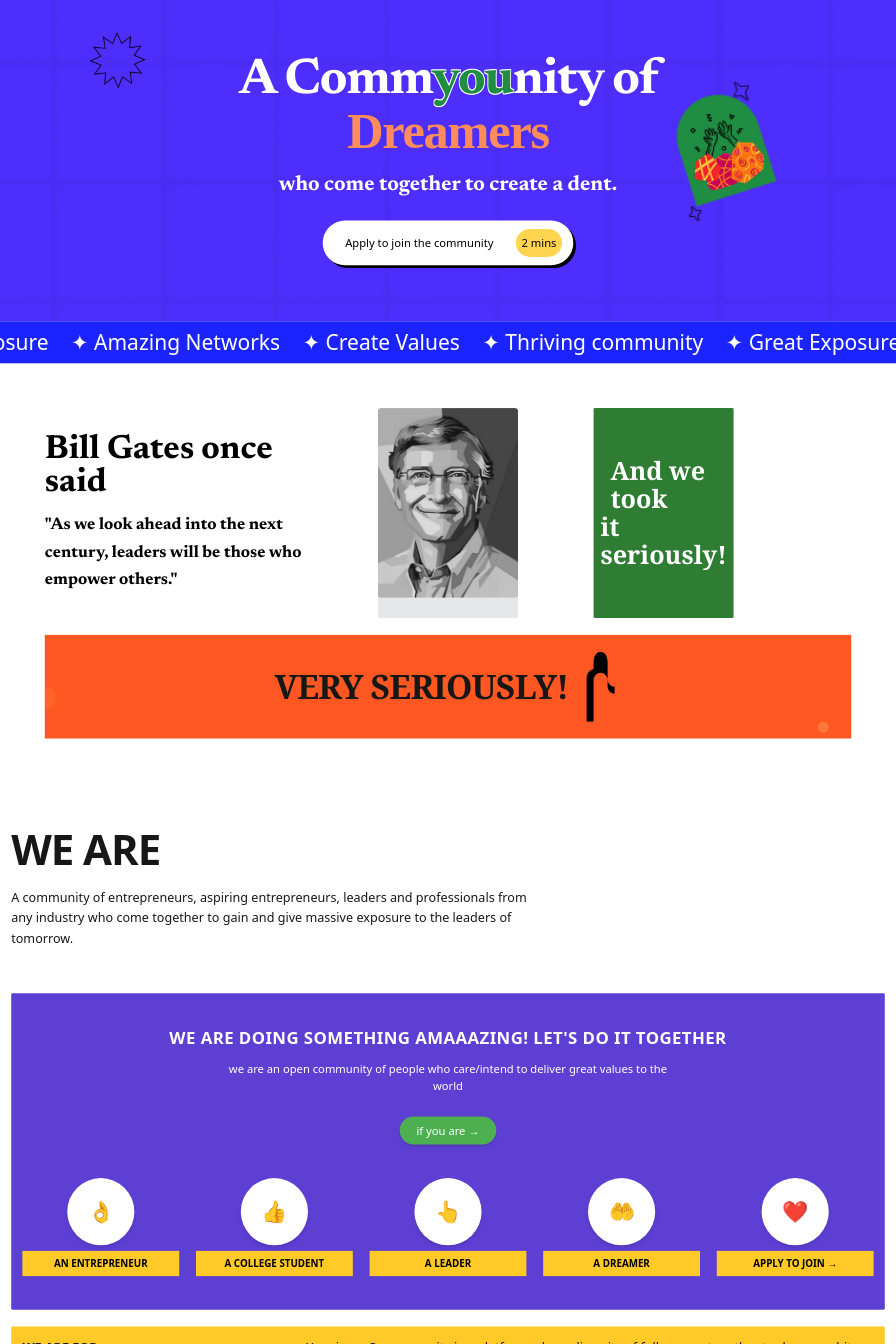
Repository: as-avni/dreamersite
Page: /
The author's editor kept a copy of each file at every save. The page is drawn from the files as they stood at one save, then again after a run of saves.
The browser window is 1280 px wide. The pictures show the part of the page from y = 0 to 1920 px (the page is 2592 px tall), at 70% of full size.
Some web fonts or font styles are not loaded; a fallback is used. The project was rebuilt for these pictures with package versions that can differ from the ones it lists, and the page was loaded fresh each time. Some packages were replaced by stand-ins written for this rebuild. The framework's server and built-in components were replaced by stand-ins that run in the browser. Also part of the build but not shown: next.config.ts.

Above is the page before, as saved 2025-03-21 04:35:41.

### src/app/page.tsx
import Hero from "@/components/hero"
import MovingBanner from "@/components/banner"
import BillGatesSection from "@/components/bill-gates"
import AmazingSection from "@/components/amazing"
import QuickFormSection from "@/components/form"

export default function Home() {
  return (
    <main className="min-h-screen bg-white font-sans antialiased">
      <Hero />
      <MovingBanner />
      <BillGatesSection />
      <AmazingSection />
      <QuickFormSection />
    </main>
  )
}

### src/app/globals.css
@import url('https://fonts.googleapis.com/css2?family=Anek+Devanagari:wght@100..800&family=Khand:wght@300;400;500;600;700&family=Newsreader:ital,opsz,wght@0,6..72,200..800;1,6..72,200..800&family=Noto+Sans:ital,wght@0,100..900;1,100..900&family=Poppins:ital,wght@0,100;0,200;0,300;0,400;0,500;0,600;0,700;0,800;0,900;1,100;1,200;1,300;1,400;1,500;1,600;1,700;1,800;1,900&family=Rampart+One&display=swap');

@tailwind base;
@tailwind components;
@tailwind utilities;

:root {
  --background: #ffffff;
  --foreground: #171717;
}

@media (prefers-color-scheme: dark) {
  :root {
    --background: #0a0a0a;
    --foreground: #ededed;
  }
}

html,
body {
  max-width: 100vw;
  overflow-x: hidden;
}

body {
  color: var(--foreground);
  background: var(--background);
  font-family: Arial, Helvetica, sans-serif;
  -webkit-font-smoothing: antialiased;
  -moz-osx-font-smoothing: grayscale;
}

* {
  box-sizing: border-box;
  padding: 0;
  margin: 0;
}

a {
  color: inherit;
  text-decoration: none;
}

@media (prefers-color-scheme: dark) {
  html {
    color-scheme: dark;
  }
}

### src/components/hero.tsx
"use client"

import { motion } from "framer-motion"

export default function Hero() {
  return (
    <section className="relative flex flex-col items-center justify-center py-20 px-4 text-white text-center overflow-hidden bg-[url('/images/grid-bg.png')] bg-stretch">

      {/* Rotating Star Image */}
      <motion.img
        src="/images/Star.png"
        alt="Star"
        className="absolute w-20 h-20"
        style={{ top: "10%", left: "10%" }}
        // animate={{ rotate: 360 }}
        // transition={{ repeat: Infinity, duration: 10, ease: "linear" }}
      />

      {/* Static Image in a Div */}
      <div
        className="absolute w-60 h-60 bg-cover bg-center"
        style={{ top: "20%", right: "10%", backgroundImage: "url('/images/image.png')" }}
      ></div>

      <div className="relative max-w-3xl mx-auto w-full">
        <motion.h1
          className="text-5xl md:text-6xl lg:text-7xl font-newsreader font-bold mb-4 tracking-tight"
          initial={{ opacity: 0, y: 20 }}
          animate={{ opacity: 1, y: 0 }}
          transition={{ duration: 0.8 }}
        >
          A Comm<span className="text-[#1F8D42] [text-shadow:-1px_-1px_0_white,1px_-1px_0_white,-1px_1px_0_white,1px_1px_0_white]">you</span>nity of <br />
          <span className="font-rampartone text-[#FF8C5A]">Dreamers</span>
        </motion.h1>

        <motion.p
          className="text-3xl mb-8 font-bold font-newsreader"
          initial={{ opacity: 0, y: 20 }}
          animate={{ opacity: 1, y: 0 }}
          transition={{ duration: 0.8, delay: 0.2 }}
        >
          who come together to create a dent.
        </motion.p>

        <motion.div
          className="inline-flex items-center bg-white rounded-full px-2 py-1 text-black font-medium transition-all hover:bg-gray-50 shadow-[4px_4px_0px_black]"
          initial={{ opacity: 0, y: 20 }}
          animate={{ opacity: 1, y: 0 }}
          transition={{ duration: 0.8, delay: 0.4 }}
          whileHover={{ scale: 1.03 }}
        >
          <button className="bg-white text-black rounded-full px-6 py-4 font-medium transition-all hover:bg-gray-50">
            Apply to join the community
          </button>
          <span className="text-black bg-[#FFD54F] p-2 rounded-full font-medium ml-2 mr-2">2 mins</span>
        </motion.div>
      </div>
    </section>
  )
}

### src/components/banner.tsx
"use client"

import { useRef } from "react"

export default function MovingBanner() {
  const bannerItems = [
    "✦ Thriving community",
    "✦ Great Exposure",
    "✦ Amazing Networks",
    "✦ Create Values",
  ]

  return (
    <div className="bg-[#1B24FF] text-white py-3 overflow-hidden relative">
      <div className="flex whitespace-nowrap mx-auto w-max animate-scrollBanner">
        {/* Duplicate the items to ensure seamless looping */}
        {[...bannerItems,...bannerItems,...bannerItems].map((item, index) => (
          <span key={index} className="mx-4 text-3xl font-medium">
            {item}
          </span>
        ))}
      </div>

      {/* CSS Animation */}
      <style jsx>{`
        @keyframes scrollBanner {
          from {
            transform: translateX(0);
          }
          to {
            transform: translateX(-50%);
          }
        }

        .animate-scrollBanner {
          animation: scrollBanner 20s linear infinite;
        }
      `}</style>
    </div>
  )
}

### src/components/bill-gates.tsx
"use client"

import Image from "next/image"
import { motion } from "framer-motion"

export default function BillGatesSection() {
return (
    <section className=" py-16 px-4 md:px-0 lg:px-0 max-w-6xl mx-auto w-full">
        <div className="grid grid-cols-1 md:grid-cols-3 gap-6 items-center">
            {/* Quote Text Section */}
            <motion.div
                className="col-span-1 flex flex-col justify-center"
                initial={{ opacity: 0, x: -20 }}
                whileInView={{ opacity: 1, x: 0 }}
                transition={{ duration: 0.6 }}
                viewport={{ once: true }}
            >
                <h2 className="px-0 text-5xl font-bold mb-4 text-black font-newsreader">Bill Gates once said</h2>
                <p className="text-2xl leading-relaxed font-bold text-black font-newsreader">
                &quot;As we look ahead into the next century, leaders will be those who empower others.&quot;
                </p>
            </motion.div>

            {/* Bill Gates Image */}
            <motion.div
                className="col-span-1 flex justify-center items-center"
                initial={{ opacity: 0, y: 20 }}
                whileInView={{ opacity: 1, y: 0 }}
                transition={{ duration: 0.6, delay: 0.2 }}
                viewport={{ once: true }}
            >
                <div className="relative w-[200px] h-[300px] bg-gray-200 rounded overflow-hidden">
                    <Image
                        src="/images/bill.jpg"
                        width={200}
                        height={200}
                        alt="Bill Gates"
                        className="rounded object-cover"
                    />
                </div>
            </motion.div>

            {/* Green Box Section */}
            <motion.div
                className=" w-[200px] h-[300px] col-span-1 bg-[#2E7D32] flex flex-col justify-center items-center p-6 text-white rounded-sm"
                initial={{ opacity: 0, x: 20 }}
                whileInView={{ opacity: 1, x: 0 }}
                transition={{ duration: 0.6, delay: 0.4 }}
                viewport={{ once: true }}
            >
                <p className="text-4xl font-serif font-bold">And we took</p>
                <p className="text-4xl font-bold font-serif">it seriously!</p>
            </motion.div>
        </div>

        {/* Orange Section */}
        <motion.div
            className="mt-6 bg-[#FF5722] py-6 px-4 flex items-center justify-center relative overflow-hidden"
            initial={{ opacity: 0, y: 20 }}
            whileInView={{ opacity: 1, y: 0 }}
            transition={{ duration: 0.6, delay: 0.6 }}
            viewport={{ once: true }}
        >
            <h2 className="text-4xl md:text-5xl font-black text-center tracking-tight font-serif">VERY SERIOUSLY!</h2>
            <div className="ml-4">
                <svg width="60" height="100" viewBox="0 0 60 100" fill="none" xmlns="http://www.w3.org/2000/svg">
                    <path
                        d="M30 0C35 0 40 5 40 15V40C40 45 45 50 50 50V60C45 60 40 55 40 50V40C40 35 35 30 30 30C25 30 20 35 20 40V100H10V40C10 30 15 25 20 25V15C20 5 25 0 30 0Z"
                        fill="black"
                    />
                </svg>
            </div>

            {/* Decorative elements */}
            <div className="absolute -left-4 top-1/2 w-8 h-8 bg-orange-400 rounded-full opacity-20"></div>
            <div className="absolute right-8 bottom-2 w-4 h-4 bg-orange-300 rounded-full opacity-30"></div>
        </motion.div>
    </section>
)
}

### src/components/amazing.tsx
"use client"

import { motion } from "framer-motion"

export default function AmazingSection() {
  const containerVariants = {
    hidden: { opacity: 0 },
    visible: {
      opacity: 1,
      transition: {
        staggerChildren: 0.1,
      },
    },
  }

  const itemVariants = {
    hidden: { opacity: 0, y: 20 },
    visible: { opacity: 1, y: 0 },
  }

  return (
    <section className="py-16">
      <div className="container mx-auto px-4">
        <motion.div
          className="mb-16"
          initial={{ opacity: 0, y: 20 }}
          whileInView={{ opacity: 1, y: 0 }}
          transition={{ duration: 0.6 }}
          viewport={{ once: true }}
        >
          <h2 className="text-6xl font-bold mb-6 tracking-tight">WE ARE</h2>
          <p className="text-lg max-w-3xl leading-relaxed">
            A community of entrepreneurs, aspiring entrepreneurs, leaders and professionals from any industry who come
            together to gain and give massive exposure to the leaders of tomorrow.
          </p>
        </motion.div>

        <div className="bg-[#5D3FD3] text-white py-12 px-4 text-center rounded-sm">
          <motion.h2
            className="text-2xl font-bold mb-4 uppercase tracking-wide"
            initial={{ opacity: 0, y: 20 }}
            whileInView={{ opacity: 1, y: 0 }}
            transition={{ duration: 0.6 }}
            viewport={{ once: true }}
          >
            We are doing something amaaazing! Let's do it together
          </motion.h2>

          <motion.p
            className="mb-8 max-w-2xl mx-auto"
            initial={{ opacity: 0, y: 20 }}
            whileInView={{ opacity: 1, y: 0 }}
            transition={{ duration: 0.6, delay: 0.2 }}
            viewport={{ once: true }}
          >
            we are an open community of people who care/intend to deliver great values to the world
          </motion.p>

          <motion.button
            className="bg-[#4CAF50] text-white px-6 py-2 rounded-full mb-12 shadow-md hover:bg-[#3d9c40] transition-all"
            initial={{ opacity: 0, y: 20 }}
            whileInView={{ opacity: 1, y: 0 }}
            transition={{ duration: 0.6, delay: 0.4 }}
            viewport={{ once: true }}
            whileHover={{ scale: 1.05 }}
            whileTap={{ scale: 0.95 }}
          >
            if you are →
          </motion.button>

          <motion.div
            className="grid grid-cols-1 md:grid-cols-5 gap-6"
            variants={containerVariants}
            initial="hidden"
            whileInView="visible"
            viewport={{ once: true }}
          >
            <CategoryCard icon="👌" title="AN ENTREPRENEUR" />
            <CategoryCard icon="👍" title="A COLLEGE STUDENT" />
            <CategoryCard icon="👆" title="A LEADER" />
            <CategoryCard icon="🤲" title="A DREAMER" />

            <motion.div className="flex flex-col items-center" variants={itemVariants}>
              <div className="w-24 h-24 rounded-full bg-white mb-2 flex items-center justify-center shadow-md">
                <span className="text-3xl">❤️</span>
              </div>
              <div className="bg-[#FFCA28] py-2 px-4 text-center w-full text-black font-medium hover:bg-[#FFB300] transition-colors cursor-pointer">
                <p className="font-bold text-sm">APPLY TO JOIN →</p>
              </div>
            </motion.div>
          </motion.div>
        </div>

        <motion.div
          className="mt-6 bg-[#FFCA28] p-4 rounded-sm"
          initial={{ opacity: 0, y: 20 }}
          whileInView={{ opacity: 1, y: 0 }}
          transition={{ duration: 0.6, delay: 0.8 }}
          viewport={{ once: true }}
        >
          <div className="flex flex-col md:flex-row">
            <div className="md:w-1/3 mb-4 md:mb-0">
              <h3 className="font-bold text-lg">WE ARE FOR</h3>
              <p className="italic font-medium">The leaders of tomorrow.</p>
            </div>
            <div className="md:w-2/3">
              <p className="text-lg">
                Younicom Commyounity is a platform where diversity of folks come together to do crazy shit together.
              </p>
            </div>
          </div>
        </motion.div>
      </div>
    </section>
  )
}

function CategoryCard({ icon, title }: { icon: string; title: string }) {
  const itemVariants = {
    hidden: { opacity: 0, y: 20 },
    visible: { opacity: 1, y: 0 },
  }

  return (
    <motion.div className="flex flex-col items-center" variants={itemVariants}>
      <motion.div
        className="w-24 h-24 rounded-full bg-white mb-2 flex items-center justify-center shadow-md"
        whileHover={{ scale: 1.05, boxShadow: "0 10px 25px -5px rgba(0, 0, 0, 0.1)" }}
      >
        <span className="text-3xl">{icon}</span>
      </motion.div>
      <div className="bg-[#FFCA28] py-2 px-4 text-center w-full text-black font-medium">
        <p className="font-bold text-sm">{title}</p>
      </div>
    </motion.div>
  )
}

### src/components/form.tsx
"use client"

import type React from "react"

import { useState } from "react"
import Link from "next/link"
import { motion } from "framer-motion"

export default function QuickFormSection() {
  const [formData, setFormData] = useState({
    firstName: "",
    lastName: "",
    contactNumber: "",
  })

  const [formStep, setFormStep] = useState(0)

  const handleChange = (e: React.ChangeEvent<HTMLInputElement>) => {
    const { name, value } = e.target
    setFormData((prev) => ({ ...prev, [name]: value }))
  }

  const handleSubmit = (e: React.FormEvent) => {
    e.preventDefault()
    setFormStep(1)
    console.log("Form submitted:", formData)
    // Handle form submission logic here
  }

  const containerVariants = {
    hidden: { opacity: 0 },
    visible: {
      opacity: 1,
      transition: {
        staggerChildren: 0.1,
      },
    },
  }

  const itemVariants = {
    hidden: { opacity: 0, y: 10 },
    visible: { opacity: 1, y: 0 },
  }

  return (
    <section className="py-16 px-4 bg-gray-50">
      <div className="container mx-auto max-w-5xl">
        <div className="grid grid-cols-1 md:grid-cols-2 gap-8 shadow-xl rounded-sm overflow-hidden">
          <motion.div
            className="bg-[#FF5722] text-white p-8"
            initial={{ opacity: 0, x: -20 }}
            whileInView={{ opacity: 1, x: 0 }}
            transition={{ duration: 0.6 }}
            viewport={{ once: true }}
          >
            <h2 className="text-2xl font-bold mb-10">Fill a quick form</h2>

            <motion.div
              className="space-y-6"
              variants={containerVariants}
              initial="hidden"
              whileInView="visible"
              viewport={{ once: true }}
            >
              <CheckItem text="Fill a quick form" active={true} />
              <CheckItem text="Mention your work profile" active={formStep >= 1} />
              <CheckItem text="Express yourself" active={formStep >= 1} />
              <CheckItem text="Submit the form" active={formStep >= 1} />
              <CheckItem text="Welcome to the team" active={formStep >= 1} />
            </motion.div>
          </motion.div>

          <motion.div
            className="bg-white p-8"
            initial={{ opacity: 0, x: 20 }}
            whileInView={{ opacity: 1, x: 0 }}
            transition={{ duration: 0.6 }}
            viewport={{ once: true }}
          >
            <h2 className="text-2xl font-bold mb-6 leading-tight">
              The easiest way to work with us is to simply tell us what you do. Yes! that's it.
            </h2>

            {formStep === 0 ? (
              <form onSubmit={handleSubmit} className="mt-8">
                <div className="grid grid-cols-1 md:grid-cols-3 gap-4 mb-4">
                  <div>
                    <label htmlFor="firstName" className="block text-sm font-medium text-gray-700 mb-1">
                      First Name
                    </label>
                    <input
                      type="text"
                      id="firstName"
                      name="firstName"
                      value={formData.firstName}
                      onChange={handleChange}
                      className="w-full p-2 border border-gray-300 rounded focus:ring-2 focus:ring-[#2E7D32] focus:border-transparent outline-none transition-all"
                      required
                    />
                  </div>

                  <div>
                    <label htmlFor="lastName" className="block text-sm font-medium text-gray-700 mb-1">
                      Last Name
                    </label>
                    <input
                      type="text"
                      id="lastName"
                      name="lastName"
                      value={formData.lastName}
                      onChange={handleChange}
                      className="w-full p-2 border border-gray-300 rounded focus:ring-2 focus:ring-[#2E7D32] focus:border-transparent outline-none transition-all"
                      required
                    />
                  </div>

                  <div>
                    <label htmlFor="contactNumber" className="block text-sm font-medium text-gray-700 mb-1">
                      Contact Number
                    </label>
                    <input
                      type="tel"
                      id="contactNumber"
                      name="contactNumber"
                      value={formData.contactNumber}
                      onChange={handleChange}
                      className="w-full p-2 border border-gray-300 rounded focus:ring-2 focus:ring-[#2E7D32] focus:border-transparent outline-none transition-all"
                      required
                    />
                  </div>
                </div>

                <div className="flex justify-end mt-8">
                  <motion.button
                    type="submit"
                    className="bg-[#2E7D32] text-white px-6 py-2 rounded shadow-md"
                    whileHover={{ scale: 1.05, backgroundColor: "#1B5E20" }}
                    whileTap={{ scale: 0.95 }}
                  >
                    NEXT →
                  </motion.button>
                </div>
              </form>
            ) : (
              <motion.div
                className="mt-8 text-center py-8"
                initial={{ opacity: 0 }}
                animate={{ opacity: 1 }}
                transition={{ duration: 0.6 }}
              >
                <h3 className="text-xl font-bold mb-4 text-[#2E7D32]">Thank you for your submission!</h3>
                <p className="mb-6">We'll be in touch with you shortly.</p>
                <button onClick={() => setFormStep(0)} className="text-[#2E7D32] underline">
                  Submit another response
                </button>
              </motion.div>
            )}

            <motion.div
              className="mt-8 bg-[#FFCA28] p-4 text-center rounded-sm"
              initial={{ opacity: 0, y: 20 }}
              whileInView={{ opacity: 1, y: 0 }}
              transition={{ duration: 0.6, delay: 0.4 }}
              viewport={{ once: true }}
              whileHover={{ scale: 1.02 }}
            >
              <Link href="#" className="font-bold text-lg inline-block">
                Let's disrupt it together →
              </Link>
            </motion.div>
          </motion.div>
        </div>
      </div>
    </section>
  )
}

function CheckItem({ text, active = false }: { text: string; active?: boolean }) {
  const itemVariants = {
    hidden: { opacity: 0, x: -10 },
    visible: { opacity: 1, x: 0 },
  }

  return (
    <motion.div className="flex items-center" variants={itemVariants}>
      <div
        className={`w-6 h-6 border border-white flex items-center justify-center mr-3 transition-all ${active ? "bg-white bg-opacity-20" : ""}`}
      >
        <span className="text-white">{active ? "✓" : ""}</span>
      </div>
      <p className={`font-medium transition-all ${active ? "text-white" : "text-white text-opacity-80"}`}>{text}</p>
    </motion.div>
  )
}

### tailwind.config.js
/** @type {import('tailwindcss').Config} */
module.exports = {
  content: [
    "./app/**/*.{js,ts,jsx,tsx,mdx}",
    "./pages/**/*.{js,ts,jsx,tsx,mdx}",
    "./components/**/*.{js,ts,jsx,tsx,mdx}",
    "./src/**/*.{js,ts,jsx,tsx,mdx}",
  ],
  theme: {
    extend: {
      fontFamily: {
        poppins: ['Poppins', 'sans-serif'],
        notosans: ['Noto Sans', 'sans-serif'],
        rampartone: ['Rampart One', 'cursive'],
        newsreader: ['Newsreader', 'serif'],
        pacifico: ['Pacifico', 'cursive'],
      },
    },
  },
  plugins: [],
}

Loaded but not shown: src/app/layout.tsx (common file)

After the next 2 saves:
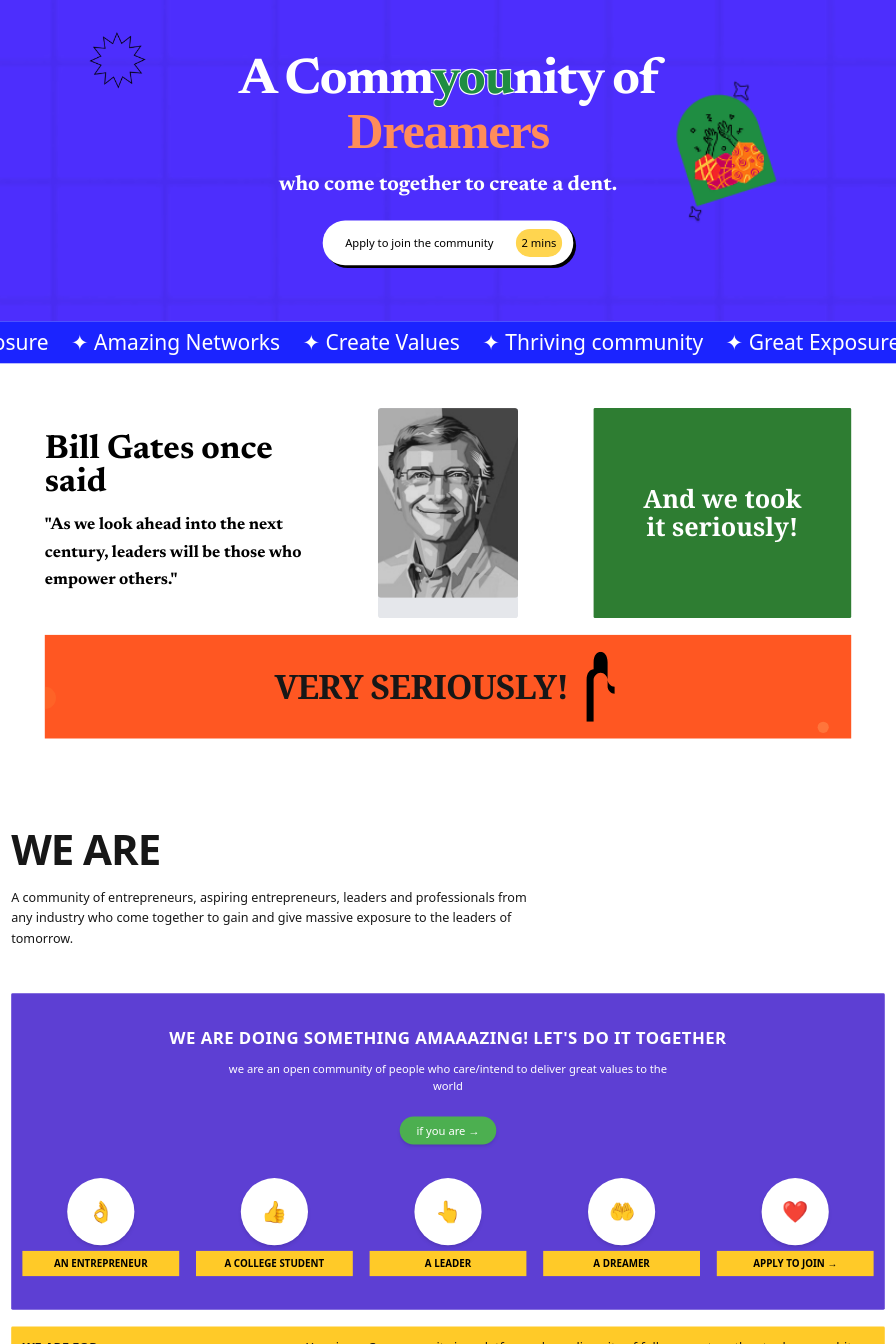
The 2 saves are shown as one change because they came seconds apart.
The last was saved 10 s later.
--- a/src/components/bill-gates.tsx
+++ b/src/components/bill-gates.tsx
@@ -42,7 +42,7 @@
 
             {/* Green Box Section */}
             <motion.div
-                className=" w-[200px] h-[300px] col-span-1 bg-[#2E7D32] flex flex-col justify-center items-center p-6 text-white rounded-sm"
+                className="h-[300px] col-span-1 bg-[#2E7D32] flex flex-col justify-center items-center p-6 text-white rounded-sm"
                 initial={{ opacity: 0, x: 20 }}
                 whileInView={{ opacity: 1, x: 0 }}
                 transition={{ duration: 0.6, delay: 0.4 }}
